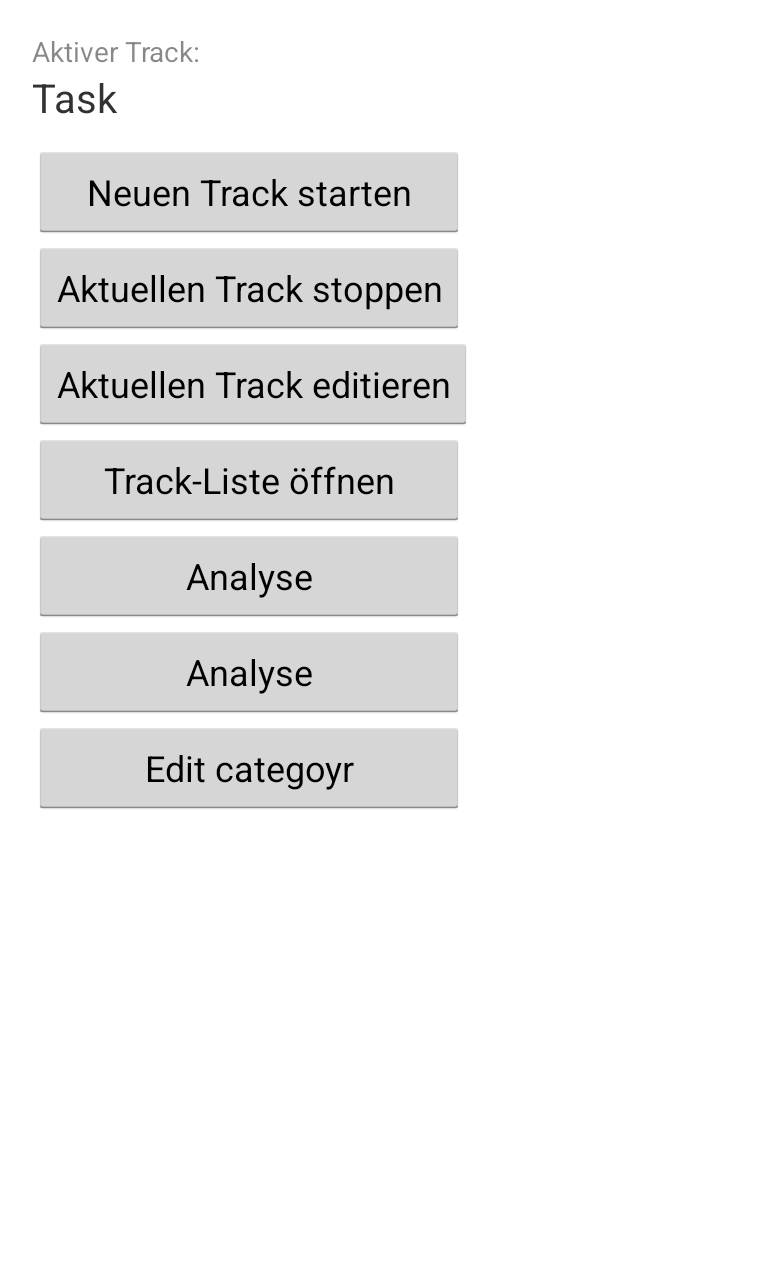
Repository: floriandrs/ttracker
Layout: TTracker/res/layout/activity_main.xml
These files come from the project's save history. The layout is drawn as it stood at one moment and after a run of saves; the edit follows.
It is drawn on a 768 x 1280 px phone screen (xhdpi) without system bars, with theme AppTheme; the app's code is not run.

Above is the layout before, as saved 2015-02-24 21:52:09.

After the next 2 saves:
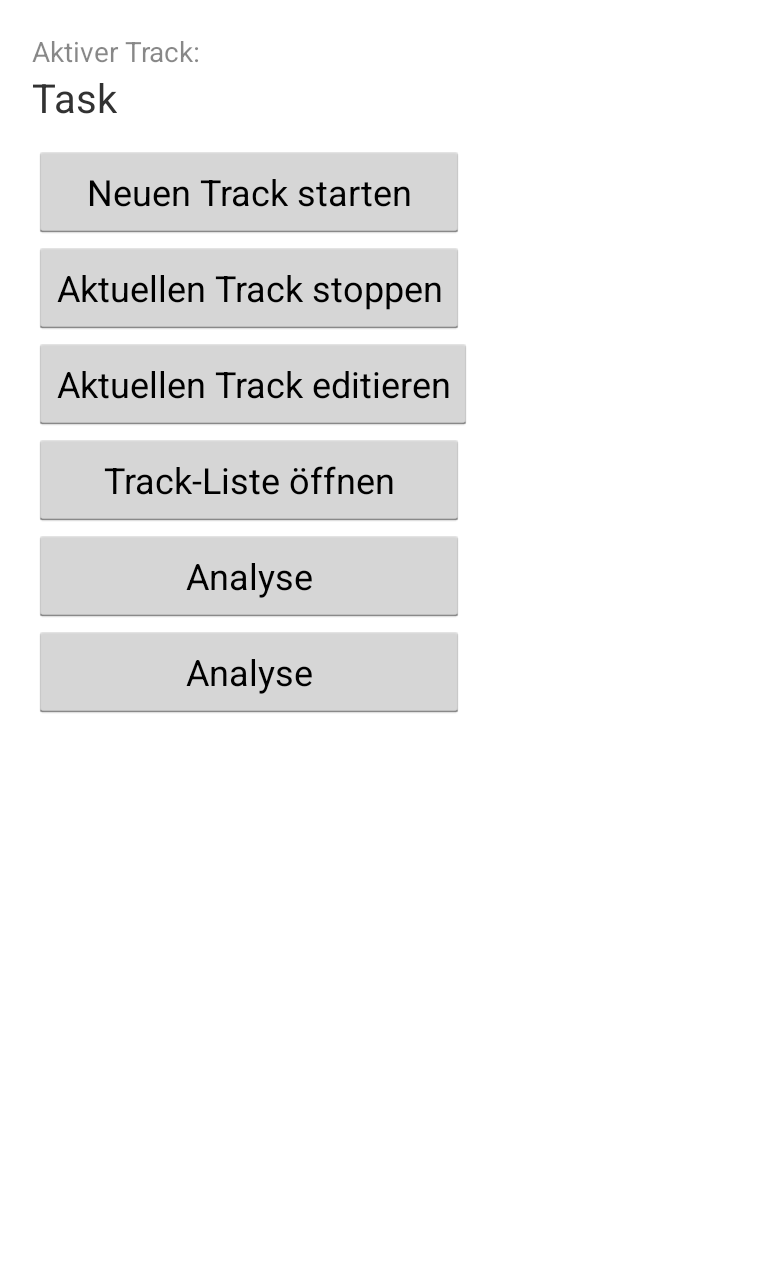
The 2 saves are shown as one change because they came seconds apart.
The last was saved 30 s later.
--- a/TTracker/res/layout/activity_main.xml
+++ b/TTracker/res/layout/activity_main.xml
@@ -82,14 +82,4 @@
         android:onClick="onOpenActivityViewAllCategories"
         android:text="@string/open_activity_stats" />
 
-    <Button
-        android:id="@+id/open_activity_edit_category"
-        android:layout_width="wrap_content"
-        android:layout_height="wrap_content"
-        android:layout_alignLeft="@+id/current_track_value"
-        android:layout_alignRight="@+id/main_open_view_all"
-        android:layout_below="@+id/open_activity_view_all_categories"
-        android:onClick="onOpenActivityEditCategory"
-        android:text="Edit categoyr" />
-
 </RelativeLayout>
